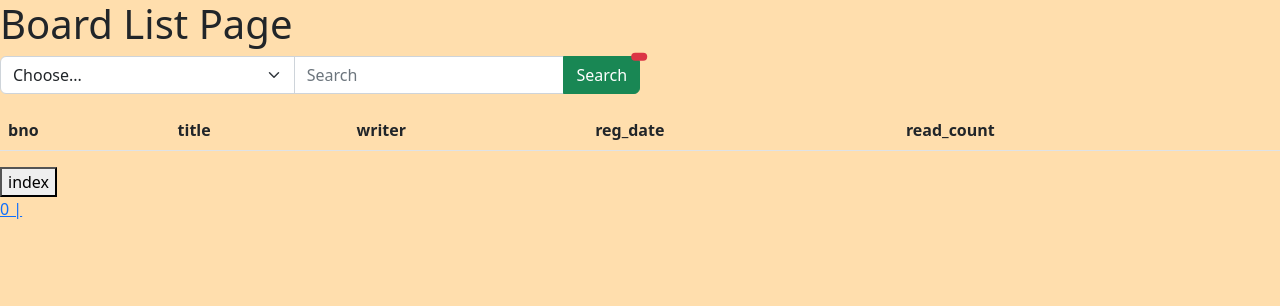
Repository: doridori890130/JSP
Page: http://localhost/jsp_project/board/list.jsp
The author's editor kept a copy of each file at every save. The page is drawn from the files as they stood at one save, then again after the next save.
The browser window is 1280 px wide. The pictures show the whole page.
The page is served by Tomcat 9. The template is opened directly, without the code that normally fills it, so the values that code supplies are empty.

Above is the page before, as saved 2023-06-01 04:47:03.

After the next save:
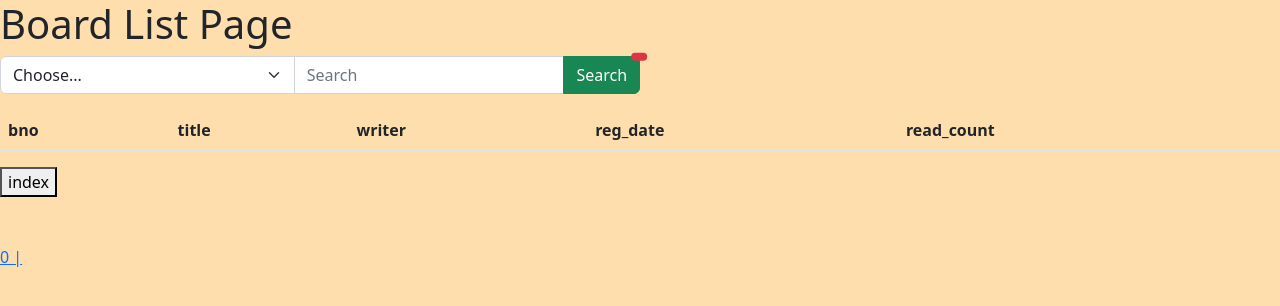
Saved 29 s later.
--- a/jsp_project4/jsp_project/src/main/webapp/board/list.jsp
+++ b/jsp_project4/jsp_project/src/main/webapp/board/list.jsp
@@ -69,7 +69,7 @@ background-color: #FFDEAD ;
 </tr>
 </c:forEach>
 </table>
-<a href="/"><button>index</button></a> <br>
+<a href="/"><button>index</button></a> <br> <br> <br>
 <c:if test="${pgh.prev }">
 	<a href="/brd/page?pageNo=${pgh.startPage-1 }&qty=${pgh.pgvo.qty}&type=${pgh.pgvo.type}&keyword=${pgh.pgvo.keyword}"> ◁ </a>
 </c:if>
